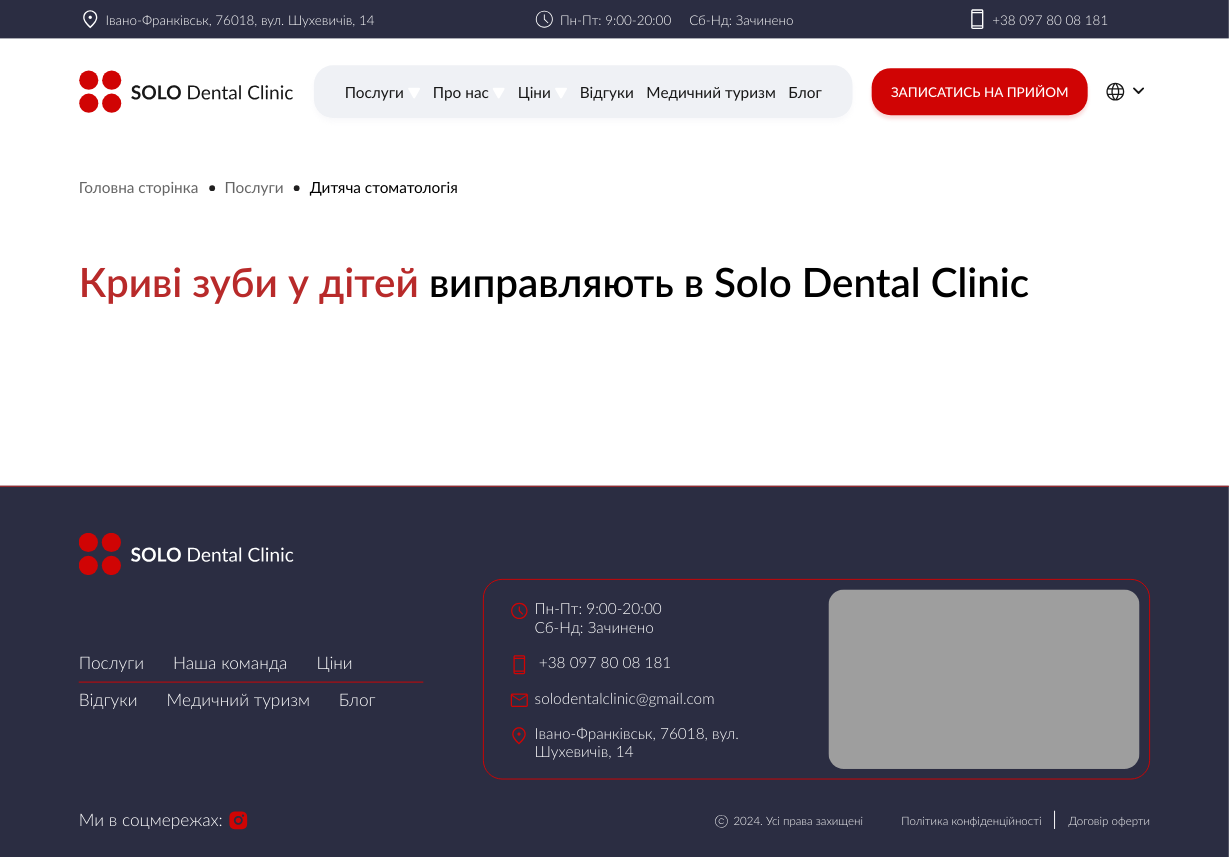
Repository: TarasDutchak/dental-clinic
Page: pediatric-dentistry.html
The author's editor kept a copy of each file at every save. The page is drawn from the files as they stood at one save, then again after the next save.
The browser window is 1280 px wide. The pictures show the whole page, at 96% of full size.
Pictures or frames that could not be fetched are drawn as grey boxes.

Above is the page before, as saved 2024-12-31 07:40:27.

### pediatric-dentistry.html
<!DOCTYPE html>
<html lang="en">

<head>
    <meta charset="UTF-8">
    <meta http-equiv="X-UA-Compatible" content="IE=edge">
    <meta name="viewport" content="width=device-width, initial-scale=1.0">
    <title>Дитяча стоматологія</title>
    <link rel="icon" type="image/x-icon" href="favicon.png">
    <link rel="stylesheet" href="css/lib/swiper-bundle.min.css">
    <link rel="stylesheet" href="css/lib/bootstrap-grid.min.css">
    <link rel="stylesheet" href="css/lib/plyr.css">
    <link rel="stylesheet" href="css/lib/select2.css">
    <link rel="stylesheet" href="css/style.css">
</head>

<body>

    <header class="header">
        <div class="header__top">
            <div class="container">
                <div class="row align-items-center">
                    <div class="col-lg-5 col-md-4">
                        <p>
                            <img src="img/header/loc.svg" alt="location">
                            Івано-Франківськ, 76018, вул. Шухевичів, 14
                        </p>
                    </div>
                    <div class="col-lg-4 col-md-4">
                        <p>
                            <img src="img/header/time.svg" alt="workingday">
                            <span>Пн-Пт: 9:00-20:00</span>
                            <span>Сб-Нд: Зачинено</span>
                        </p>
                    </div>
                    <div class="col-lg-3 col-md-4 text-center">
                        <p>
                            <a href="tel:+380978008181">
                                <img src="img/header/tel.svg" alt="tel">
                                +38 097 80 08 181
                            </a>
                        </p>
                    </div>
                </div>
            </div>
        </div>
        <div class="header__content">
            <div class="container_header container">
                <div class="header__logo">
                    <a href="index.html"><img src="img/header/logo.svg" alt="logo"></a>
                </div>
                <div class="header__nav">
                    <nav>
                        <ul>
                            <li class="submenu">
                                <a href="#">
                                    Послуги
                                </a>
                                <ul class="large">
                                    <li><a href="#">Всі послуги</a></li>
                                    <li><a href="#">Відбілювання</a></li>
                                    <li><a href="#">Вініри</a></li>
                                    <li><a href="#">Коронки</a></li>
                                    <li><a href="#">Імплантація</a></li>
                                    <li><a href="#">Гнатологія</a></li>
                                    <li><a href="#">Гігієна ротової порожнини</a></li>
                                    <li><a href="#" class="active">Лікування карієсу</a></li>
                                    <li><a href="#" class="disable">Лікування каналів</a></li>
                                    <li><a href="#">Лікування ясен</a></li>
                                    <li><a href="#">Зубні імпланти</a></li>
                                    <li><a href="#">Хірургічна стоматологія</a></li>
                                    <li><a href="#">Видалення зубів мудрості</a></li>
                                    <li><a href="#">Стоматологія сну</a></li>
                                    <li><a href="#">Виправлення прикусу</a></li>
                                    <li><a href="#">Дитяча стоматологія</a></li>
                                    <li><a href="#">Діагностика ротової порожнини</a></li>
                                </ul>
                            </li>
                            <li class="submenu">
                                <a href="#">
                                    Про нас
                                </a>
                                <ul>
                                    <li><a href="#">Наша клініка</a></li>
                                    <li><a href="#">Лікарі</a></li>
                                    <li><a href="#">Історії лікування</a></li>
                                </ul>
                            </li>
                            <li class="submenu">
                                <a href="#">
                                    Ціни
                                </a>
                                <ul>
                                    <li><a href="#">Прайс</a></li>
                                    <li><a href="#">Оплата частинами</a></li>
                                </ul>
                            </li>
                            <li>
                                <a href="#">
                                    Відгуки
                                </a>
                            </li>
                            <li>
                                <a href="#">
                                    Медичний туризм
                                </a>
                            </li>
                            <li>
                                <a href="#">
                                    Блог
                                </a>
                            </li>
                        </ul>
                        <a href="#" class="redbtn mobshow" data-modal-target="appointmentmodal">
                            записатись на прийом
                        </a>
                    </nav>
                    <button class="closemenu">
                        <img src="img/header/close.png" alt="close menu">
                    </button>
                </div>
                <div class="header__rightsect">
                    <a href="#" class="redbtn" data-modal-target="appointmentmodal">
                        записатись на прийом
                    </a>
                    <div class="languagebox">
                        <span>
                            <img src="img/header/earth.svg" alt="language">
                        </span>
                        <ul>
                            <li>
                                <a href="#">
                                    <img src="img/header/us-flag.svg" alt="english">
                                    En
                                </a>
                            </li>
                            <li class="active">
                                <a href="#">
                                    <img src="img/header/ua-flag.svg" alt="ukrainian">
                                    Uk
                                </a>
                            </li>
                        </ul>
                    </div>
                    <button class="headermenubtn">
                        <img src="img/header/menu.png" alt="menu">
                    </button>
                </div>
            </div>
        </div>
        <div class="menubg"></div>
    </header>

    <main class="main">
        <div class="container">
            <div class="breadcrumbs">
                <ul>
                    <li><a href="#">Головна сторінка</a></li>
                    <li><a href="#">Послуги</a></li>
                    <li>Дитяча стоматологія</li>
                </ul>
            </div>
        </div>

        <section class="aboutsect">
            <div class="container">
                <h1>
                    <span>Криві зуби у дітей</span> виправляють в Solo Dental Clinic
                </h1>
            </div>
           <div class="reversesect">
            <div class="container-r0">
                <div class="reversesect__left"></div>
                <div class="reversesect__right"></div>
            </div>
           </div>



        </section>




    </main>

    <footer class="footer">
        <div class="container">
            <div class="row align-items-center">
                <div class="col-12">
                    <a href="index.html" class="footer__logo">
                        <img src="img/footer/logo-footer.svg" alt="logo">
                    </a>
                </div>
                <div class="col-xl-4">
                    <ul class="footer__nav">
                        <li><a href="#">Послуги</a></li>
                        <li><a href="#">Наша команда</a></li>
                        <li><a href="#">Ціни</a></li>
                        <li><a href="#">Відгуки</a></li>
                        <li><a href="#">Mедичний туризм</a></li>
                        <li><a href="#">Блог</a></li>
                    </ul>
                </div>
                <div class="col-xl-8 text-end">
                    <div class="footer__info">
                        <div class="footinfwrap">
                            <ul>
                                <li>
                                    <img src="img/footer/foot-clock.svg" alt="icon">
                                    <p>
                                        Пн-Пт: 9:00-20:00 <br>
                                        Сб-Нд: Зачинено
                                    </p>
                                </li>
                                <li>
                                    <img src="img/footer/foot-tel.svg" alt="icon">
                                    <a href="tel: +380978008181"> +38 097 80 08 181</a>
                                </li>
                                <li>
                                    <img src="img/footer/foot-email.svg" alt="icon">
                                    <a href="mailto:solodentalclinic@gmail.com">solodentalclinic@gmail.com</a>
                                </li>
                                <li>
                                    <img src="img/footer/foot-loc.svg" alt="icon">
                                    <p>
                                        Івано-Франківськ, 76018, вул. Шухевичів, 14
                                    </p>
                                </li>
                            </ul>
                        </div>
                        <div class="mapwrap">
                            <iframe
                                src="https://www.google.com/maps/embed?pb=!1m18!1m12!1m3!1d2621.917959431259!2d24.720775176848996!3d48.91695529658282!2m3!1f0!2f0!3f0!3m2!1i1024!2i768!4f13.1!3m3!1m2!1s0x4730c166259a99f7%3A0xe9b1d0f143ae48f0!2z0LLRg9C70LjRhtGPINCo0YPRhdC10LLQuNGH0ZbQsiwgMTQsINCG0LLQsNC90L4t0KTRgNCw0L3QutGW0LLRgdGM0LosINCG0LLQsNC90L4t0KTRgNCw0L3QutGW0LLRgdGM0LrQsCDQvtCx0LvQsNGB0YLRjCwgNzYwMDA!5e0!3m2!1suk!2sua!4v1735398550766!5m2!1suk!2sua"
                                style="border:0;" allowfullscreen="" loading="lazy"
                                referrerpolicy="no-referrer-when-downgrade"></iframe>
                        </div>
                    </div>
                </div>
            </div>
            <div class="footer__bottomsect">
                <div class="row align-items-center">
                    <div class="col-xl-6 col-lg-5">
                        <p class="weinsoc">
                            Ми в соцмережах:
                            <a href="#">
                                <svg width="28" height="29" viewBox="0 0 28 29" fill="none"
                                    xmlns="http://www.w3.org/2000/svg">
                                    <path
                                        d="M14.8667 2.83301C16.1792 2.83651 16.8453 2.84351 17.4205 2.85984L17.6468 2.86801C17.9082 2.87734 18.166 2.88901 18.4775 2.90301C19.7188 2.96134 20.5658 3.15734 21.309 3.44551C22.079 3.74184 22.7277 4.14317 23.3763 4.79067C23.9698 5.3737 24.4289 6.07923 24.7215 6.85801C25.0097 7.60117 25.2057 8.44817 25.264 9.69067C25.278 10.001 25.2897 10.2588 25.299 10.5213L25.306 10.7477C25.3235 11.3217 25.3305 11.9878 25.3328 13.3003L25.334 14.1707V15.699C25.3368 16.55 25.3279 17.4009 25.3072 18.2517L25.3002 18.478C25.2908 18.7405 25.2792 18.9983 25.2652 19.3087C25.2068 20.5512 25.0085 21.397 24.7215 22.1413C24.4289 22.9201 23.9698 23.6257 23.3763 24.2087C22.7933 24.8022 22.0878 25.2612 21.309 25.5538C20.5658 25.842 19.7188 26.038 18.4775 26.0963L17.6468 26.1313L17.4205 26.1383C16.8453 26.1547 16.1792 26.1628 14.8667 26.1652L13.9963 26.1663H12.4692C11.6178 26.1693 10.7664 26.1604 9.91533 26.1395L9.689 26.1325C9.41204 26.122 9.13515 26.11 8.85833 26.0963C7.617 26.038 6.77 25.842 6.02566 25.5538C5.2473 25.2611 4.54218 24.802 3.9595 24.2087C3.3656 23.6258 2.90612 22.9202 2.61316 22.1413C2.325 21.3982 2.129 20.5512 2.07066 19.3087L2.03566 18.478L2.02983 18.2517C2.00832 17.401 1.9986 16.55 2.00066 15.699V13.3003C1.99743 12.4494 2.00599 11.5984 2.02633 10.7477L2.0345 10.5213C2.04383 10.2588 2.0555 10.001 2.0695 9.69067C2.12783 8.44817 2.32383 7.60234 2.612 6.85801C2.90564 6.07891 3.36592 5.37335 3.96066 4.79067C4.54301 4.19748 5.24772 3.73843 6.02566 3.44551C6.77 3.15734 7.61583 2.96134 8.85833 2.90301C9.16866 2.88901 9.42766 2.87734 9.689 2.86801L9.91533 2.86101C10.7661 2.84028 11.617 2.83133 12.468 2.83417L14.8667 2.83301ZM13.6673 8.66634C12.1202 8.66634 10.6365 9.28092 9.54254 10.3749C8.44858 11.4688 7.834 12.9526 7.834 14.4997C7.834 16.0468 8.44858 17.5305 9.54254 18.6245C10.6365 19.7184 12.1202 20.333 13.6673 20.333C15.2144 20.333 16.6982 19.7184 17.7921 18.6245C18.8861 17.5305 19.5007 16.0468 19.5007 14.4997C19.5007 12.9526 18.8861 11.4688 17.7921 10.3749C16.6982 9.28092 15.2144 8.66634 13.6673 8.66634ZM13.6673 10.9997C14.127 10.9996 14.5821 11.0901 15.0068 11.2659C15.4314 11.4417 15.8173 11.6994 16.1424 12.0244C16.4674 12.3493 16.7253 12.7351 16.9013 13.1597C17.0772 13.5844 17.1678 14.0395 17.1679 14.4991C17.168 14.9587 17.0775 15.4139 16.9017 15.8385C16.7259 16.2632 16.4682 16.6491 16.1432 16.9741C15.8182 17.2992 15.4325 17.5571 15.0078 17.733C14.5832 17.909 14.1281 17.9996 13.6685 17.9997C12.7402 17.9997 11.85 17.6309 11.1936 16.9745C10.5372 16.3182 10.1685 15.4279 10.1685 14.4997C10.1685 13.5714 10.5372 12.6812 11.1936 12.0248C11.85 11.3684 12.7402 10.9997 13.6685 10.9997M19.7935 6.91634C19.4067 6.91634 19.0358 7.06999 18.7623 7.34348C18.4888 7.61697 18.3352 7.9879 18.3352 8.37467C18.3352 8.76145 18.4888 9.13238 18.7623 9.40587C19.0358 9.67936 19.4067 9.83301 19.7935 9.83301C20.1803 9.83301 20.5512 9.67936 20.8247 9.40587C21.0982 9.13238 21.2518 8.76145 21.2518 8.37467C21.2518 7.9879 21.0982 7.61697 20.8247 7.34348C20.5512 7.06999 20.1803 6.91634 19.7935 6.91634Z"
                                        fill="#D00404" />
                                </svg>
                            </a>
                        </p>
                    </div>
                    <div class="col-xl-6 col-lg-7">
                        <ul>
                            <li>
                                <p>
                                    <img src="img/footer/copyright.svg" alt="icon">
                                    2024. Усі права захищені
                                </p>
                            </li>
                            <li>
                                <a href="#">Політика конфіденційності</a>
                            </li>
                            <li>
                                <a href="#">Договір оферти</a>
                            </li>
                        </ul>
                    </div>
                </div>
            </div>
        </div>
    </footer>





    <!-- consultationmodal -->
    <div id="consultationmodal" class="modal bgmodal">
        <div class="modal-dialog">
            <div class="modal-content">
                <span class="close closemod">
                    <img src="img/general/close-modal.svg" alt="close">
                </span>
                <p class="title">Заповніть форму нижче і ми зв’яжемось з Вами у робочі години</p>
                <form action="#">
                    <div class="row align-items-center">
                        <div class="col-lg-7">
                            <div class="inputfield">
                                <label for="name">Ваше ім’я*</label>
                                <input id="name" type="text" placeholder="Введіть своє ім’я">
                            </div>
                        </div>
                        <div class="col-lg-5 selwr">
                            <div class="inputfield rpad">
                                <select class="customselect" name="formcons" data-placeholder="форма консультації:">
                                    <option></option>
                                    <option value="0">Онлайн консультація</option>
                                    <option value="1">Консультація в клініці</option>
                                </select>
                            </div>
                        </div>
                        <div class="col-lg-7">
                            <div class="inputfield">
                                <label for="tel">Номер телефону*</label>
                                <input id="tel" type="number" placeholder="Введіть номер телефону">
                            </div>
                        </div>
                        <div class="col-lg-7">
                            <div class="inputfield">
                                <label for="comment">Ваш коментар</label>
                                <textarea id="comment" placeholder=""></textarea>
                            </div>
                        </div>
                        <div class="col-lg-7">
                            <div class="inputfield check">
                                <input type="checkbox" id="check">
                                <label for="check">
                                    Я погоджуюсь з обробкою персональних даних <br>
                                    політика конфіденційності
                                </label>
                            </div>
                        </div>
                        <div class="col-lg-5 text-end">
                            <!-- <button type="submit" class="bluebtn">
                            НАДІСЛАТИ
                        </button> -->
                            <a href="#" class="bluebtn close" data-modal-target="thankmodal">НАДІСЛАТИ</a>
                        </div>
                    </div>
                </form>
            </div>
        </div>
    </div>

    <div id="thankmodal" class="modal smmodal text-center">
        <div class="modal-content">
            <span class="close closemod">
                <img src="img/general/close-modal.svg" alt="close">
            </span>
            <p>
                Вашу форму надіслано!
            </p>
            <p>
                Дякуємо, ми Вам залетелефонуємо
                <img src="img/general/modicon.svg" alt="img">
            </p>
            <button class="bluebtn close">
                Закрити
            </button>
        </div>
    </div>

    <div id="appointmentmodal" class="modal mdmodal">
        <div class="modal-dialog">
            <div class="modal-content">
                <span class="close closemod">
                    <img src="img/general/close-modal.svg" alt="close">
                </span>
                <p class="title">Заповніть форму нижче<br> і ми зв’яжемось з Вами у робочі години</p>
                <form action="#">
                    <div class="row align-items-center">
                        <div class="col-lg-12">
                            <div class="inputfield">
                                <label for="name">Ваше ім’я*</label>
                                <input id="name" type="text" placeholder="Введіть своє ім’я">
                            </div>
                        </div>
                        <div class="col-lg-12">
                            <div class="inputfield">
                                <label for="tel">Номер телефону*</label>
                                <input id="tel" type="number" placeholder="Введіть номер телефону">
                            </div>
                        </div>
                        <div class="col-lg-12">
                            <div class="inputfield">
                                <label for="comment">Ваш коментар</label>
                                <textarea id="comment" placeholder=""></textarea>
                            </div>
                        </div>
                        <div class="col-lg-12">
                            <div class="inputfield check">
                                <input type="checkbox" id="check">
                                <label for="check">
                                    Я погоджуюсь з обробкою персональних даних <br>
                                    політика конфіденційності
                                </label>
                            </div>
                        </div>
                        <div class="col-lg-12 text-center">
                            <!-- <button type="submit" class="bluebtn">
                            НАДІСЛАТИ
                        </button> -->
                            <a href="#" class="bluebtn close" data-modal-target="thankmodal">НАДІСЛАТИ</a>
                        </div>
                    </div>
                </form>
            </div>
        </div>
    </div>

    <script src="js/lib/jquery.js"></script>
    <script src="js/lib/swiper-bundle.min.js"></script>
    <script src="js/lib/plyr.js"></script>
    <script src="js/lib/select2.js"></script>
    <script src="js/main.js"></script>

</body>



</html>

Loaded but not shown: css/lib/swiper-bundle.min.css (library); css/lib/bootstrap-grid.min.css (library); css/lib/plyr.css (library); css/lib/select2.css (library); css/style.css (library); js/lib/jquery.js (library); js/lib/swiper-bundle.min.js (library); js/lib/plyr.js (library); js/lib/select2.js (library); js/main.js (244 lines, source omitted)

After the next save:
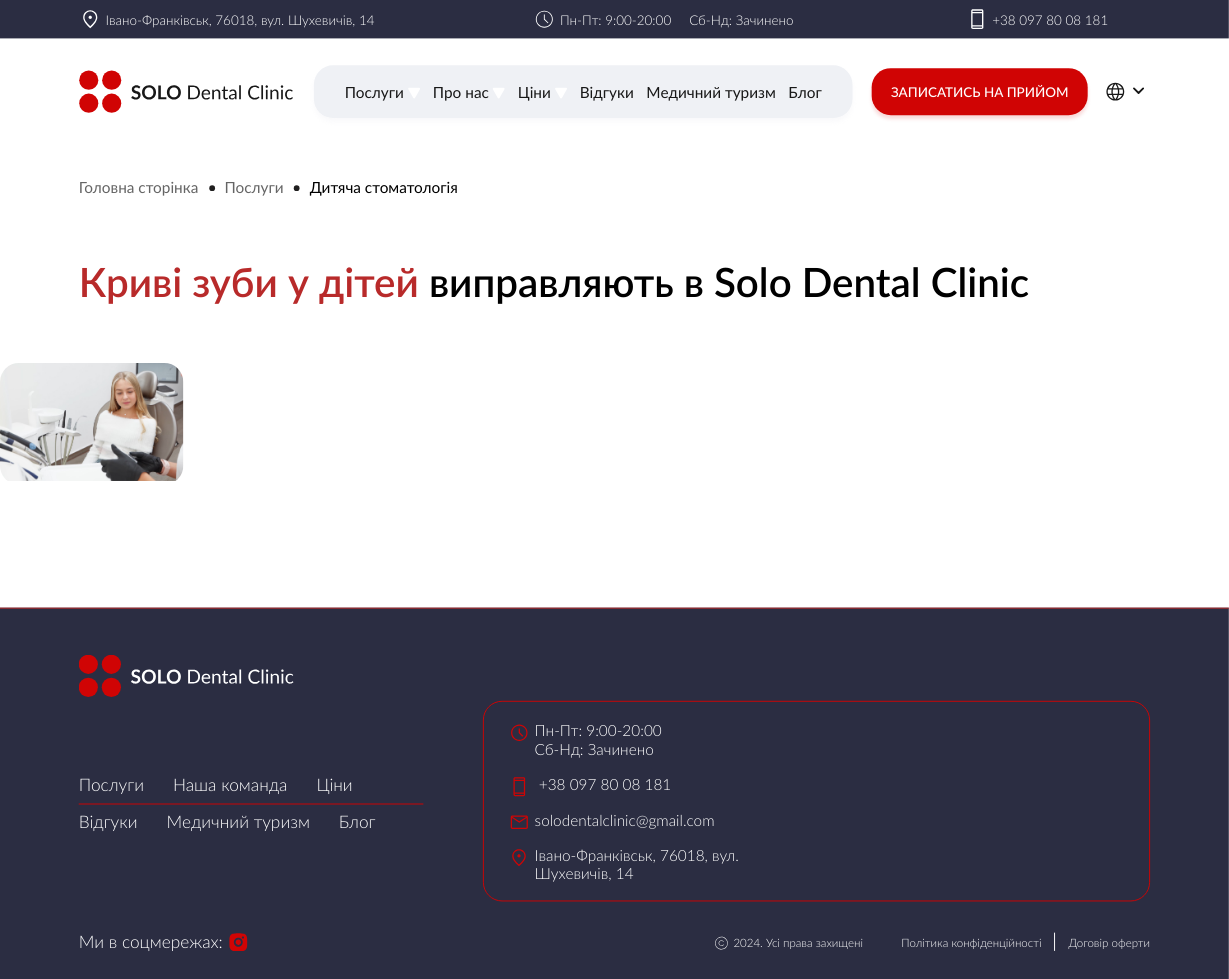
Saved 17 s later.
--- a/pediatric-dentistry.html
+++ b/pediatric-dentistry.html
@@ -171,7 +171,11 @@
            <div class="reversesect">
             <div class="container-r0">
                 <div class="reversesect__left"></div>
-                <div class="reversesect__right"></div>
+                <div class="reversesect__right">
+                    <div class="imgwrap">
+                        <img src="img/pediatricdentistry/2.jpg" alt="img">
+                    </div>
+                </div>
             </div>
            </div>
 
